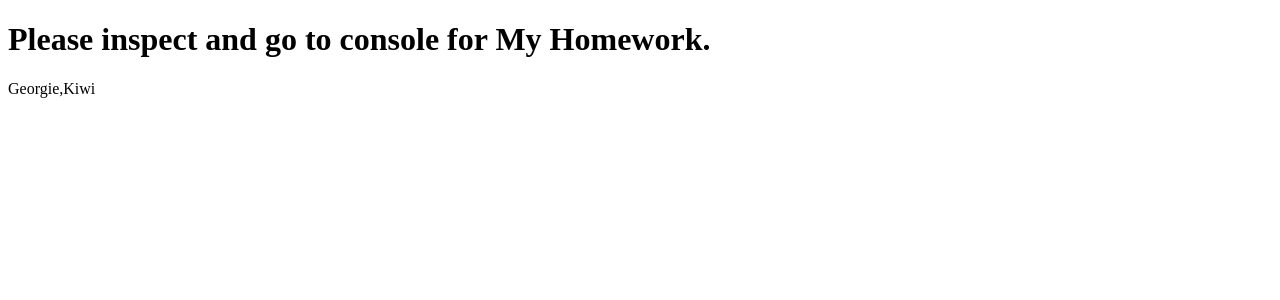
Repository: brightwhitesnow/brightwhitesnow.github.io
Page: Weba/lesson2/homeworkfiles/index.html
An editor plug-in stored every save of this project. The page is shown before and after the next save, followed by the edit.
The browser window is 1280 px wide. The pictures show the whole page.

Above is the page before, as saved 2021-04-18 10:34:45.

After the next save:
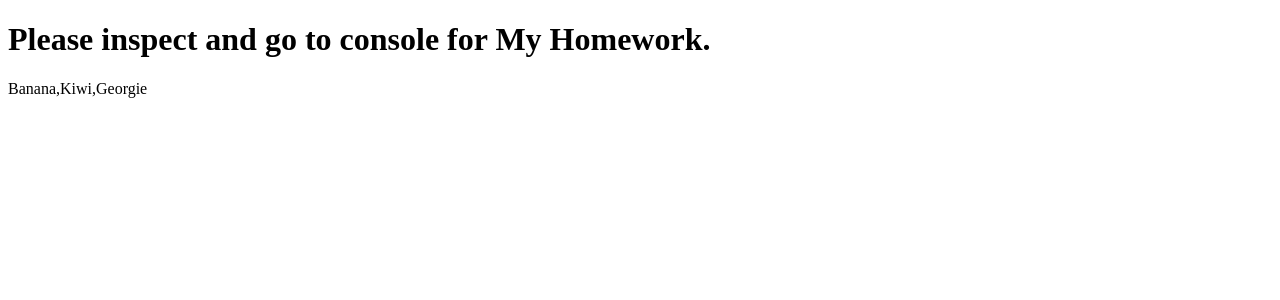
Saved 6 s later.
--- a/Weba/lesson2/homeworkfiles/script.js
+++ b/Weba/lesson2/homeworkfiles/script.js
@@ -140,5 +140,5 @@ let d = (y, z) => {
 var fruits = ["Banana", "Orange", "Lemon", "Apple", "Mango", ];
 var citrus = fruits.slice(0, 1, 2, 3, 4);
 citrus.push("Kiwi");
-citrus[0] = "Georgie";
+citrus[2] = "Georgie";
 document.getElementById("demo").innerHTML = citrus ;
